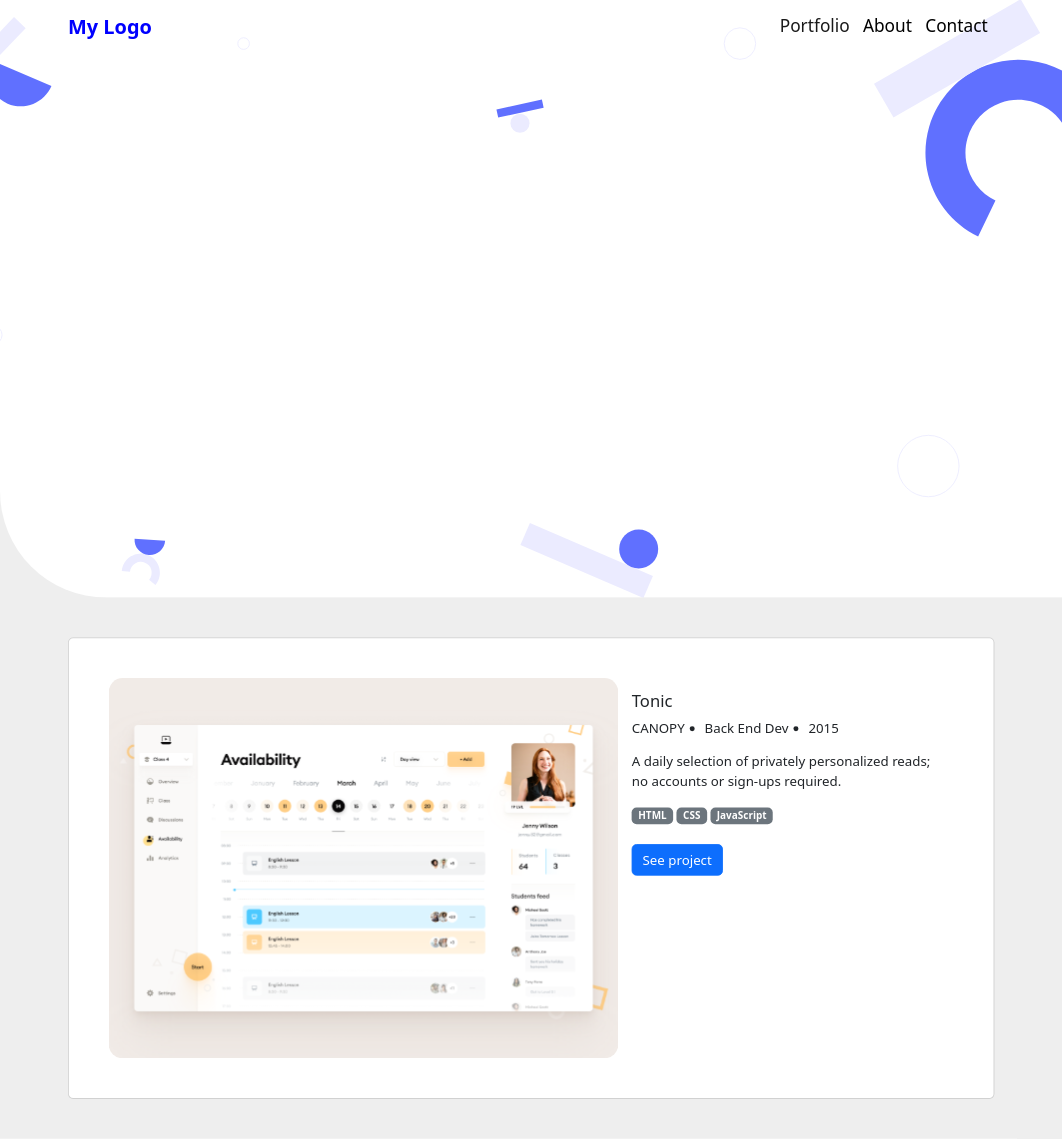
Repository: waelelsafty07/Bootstrap-Portfolio
Page: index.html
An editor plug-in stored every save of this project. The page is shown before and after a run of saves, followed by the edit.
The browser window is 1280 px wide. The pictures show the whole page, at 83% of full size.

Above is the page before, as saved 2023-04-04 16:55:27.

After the next 2 saves:
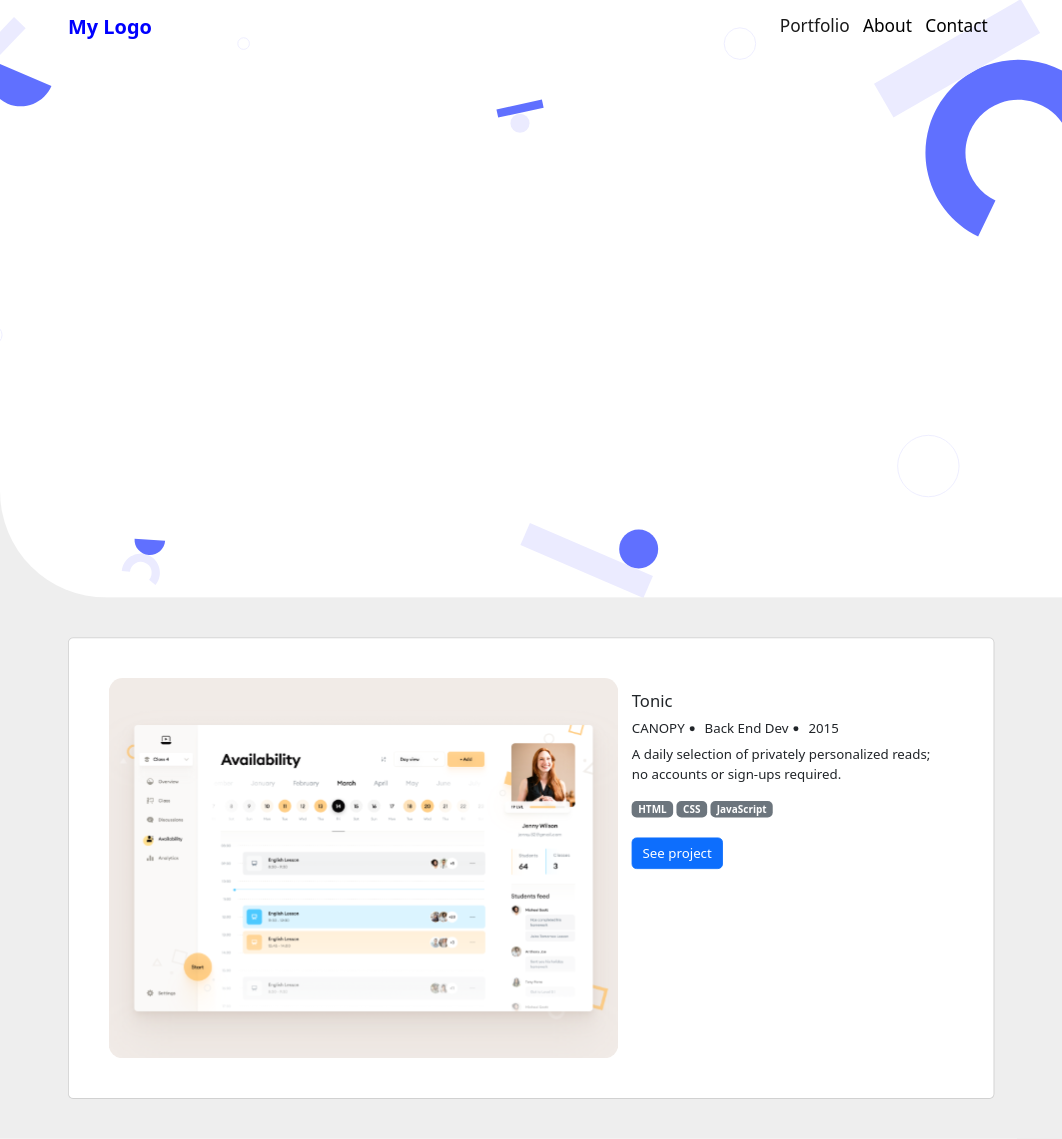
The 2 saves are shown as one change because they came seconds apart.
The last was saved 51 s later.
--- a/index.html
+++ b/index.html
@@ -39,7 +39,7 @@
             <img src="images/Snapshoot Portfolio (1).svg" class="card-img-top" alt="...">
             <div class="card-body">
               <h5 class="card-title">Tonic</h5>
-              <ul class="d-flex p-0 mb-">
+              <ul class="d-flex p-0 my-2">
                 <li class="list-unstyled">CANOPY</li>
                 <li class="ms-4">Back End Dev</li>
                 <li class="ms-4">2015</li>
